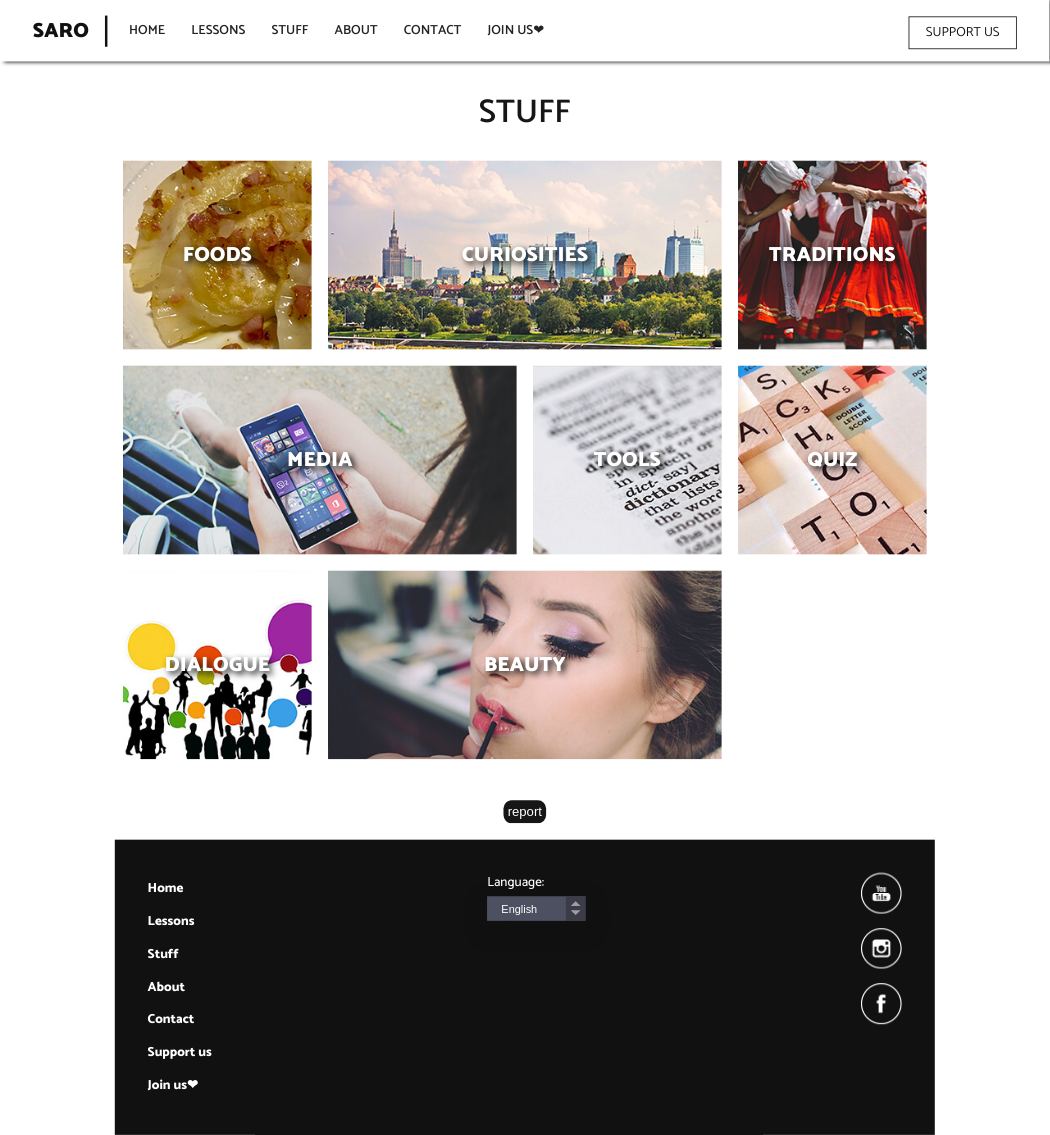
Repository: michalskirobert/SARO
Page: stuff/index.html
The author's editor kept a copy of each file at every save. The page is drawn from the files as they stood at one save, then again after the next save.
The browser window is 1280 px wide. The pictures show the whole page, at 82% of full size.

Above is the page before, as saved 2020-10-27 20:25:11.
Console error: SyntaxError: Unexpected token '>>>'

After the next save:
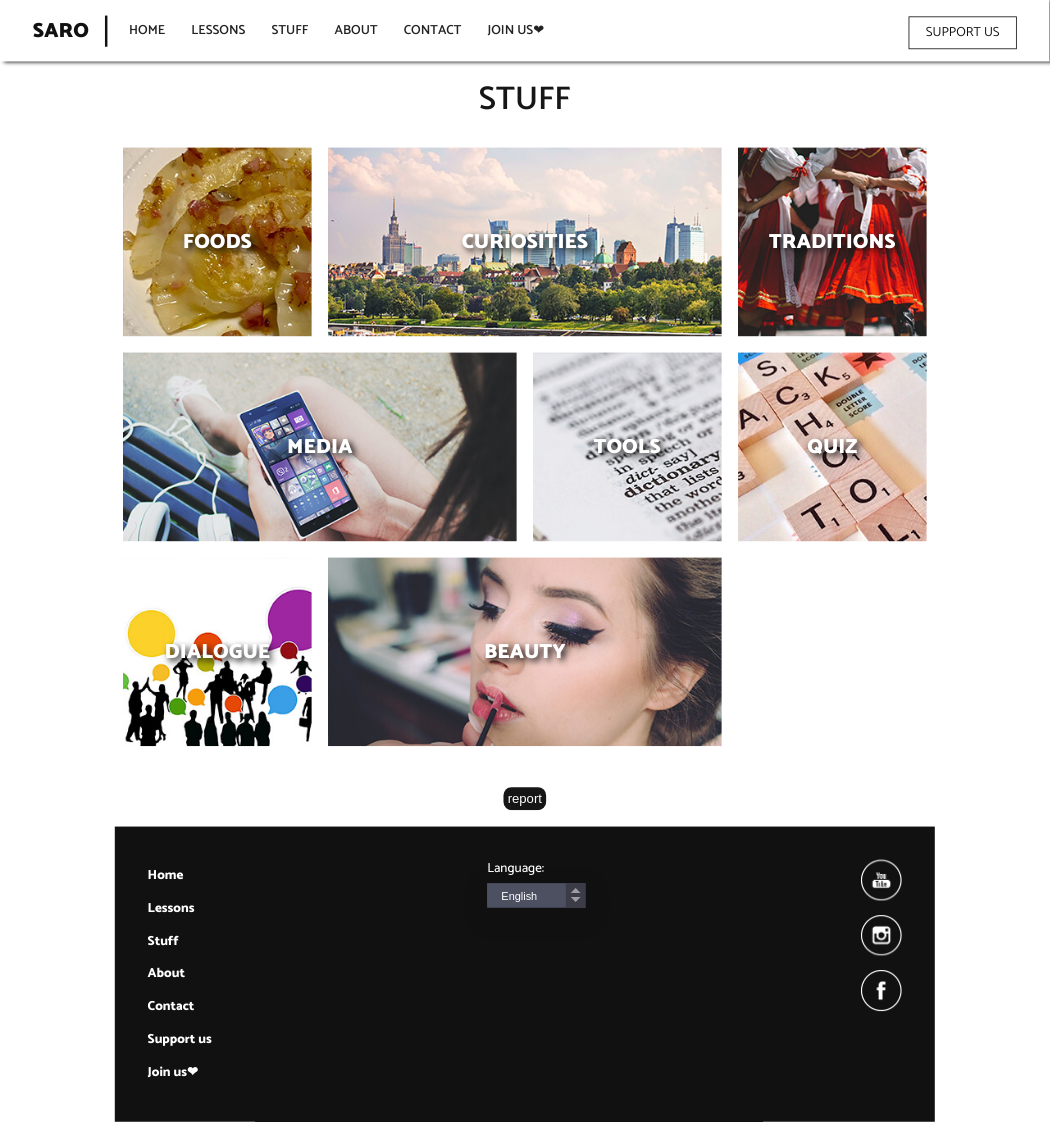
The error is gone.
Saved 7 min 4 s later.
--- a/stuff/index.html
+++ b/stuff/index.html
@@ -17,11 +17,7 @@
     <meta property="og:image:type" content="image/png">
     <meta property="og:image:width" content="1024">
     <meta property="og:image:height" content="1024">
-<<<<<<< Updated upstream
-    <script preload type="text/javascript"
-=======
     <script defer type="text/javascript"
->>>>>>> Stashed changes
         src="//www.3dcart.com/lp/cookie-law-generator/cookie.js?skin=cookielaw3&amp;animation=shake&amp;msg=We%20use%20cookies%20to%20understand%20how%20you%20use%20our%20site%20and%20to%20improve%20your%20experience.%20This%20includes%20personalizing%20content%20and%20advertising.%20To%20learn%20more%2C%20%5Burl%3Dhttps%3A%2Fsaro.website%2Flearnmore%5Dclick%20here%5B%2Furl%5D.%20By%20continuing%20to%20use%20our%20site%2C%20you%20accept%20our%20use%20of%20cookies%2C%20revised%5Burl%3Dhttps%3A%2F%2Fsaro.website%2Flearnmore%5D%20Privacy%20Policy%20and%20Terms%20of%20Use%5B%2Furl%5D.%20Our%20website%20is%20free%20of%20charged%20so%20why%20we%20need%20to%20add%20some%20ads%20to%20keep%20our%20domain%20and%20hosting.&amp;learnmore=Learn%20more%20about%20cookies&amp;morelink=https%3A%2F%2Fpolicies.google.com%2Ftechnologies%2Fcookies%3Fhl%3Den-US"></script>
     <script data-ad-client="ca-pub-5704095251892500" defer
         src="https://pagead2.googlesyndication.com/pagead/js/adsbygoogle.js"></script>
